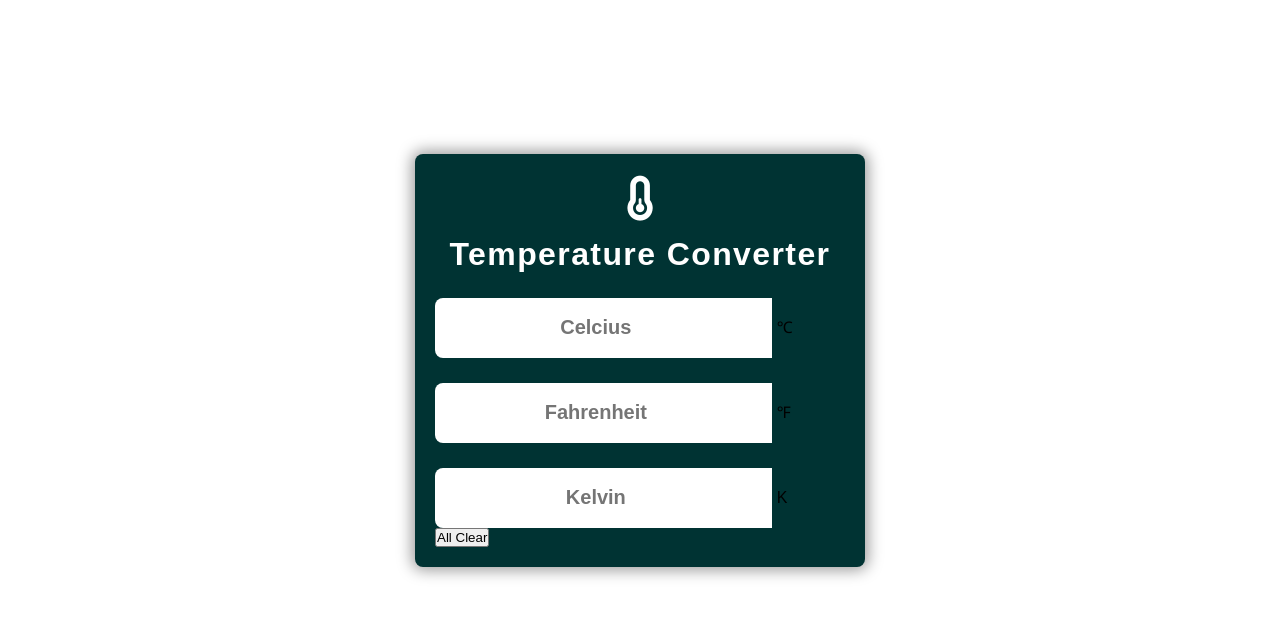
Repository: kiranjeetkaur01/tempconverter.github.io
Page: index.html
The author's editor kept a copy of each file at every save. The page is drawn from the files as they stood at one save, then again after the next save.
The browser window is 1280 px wide. The pictures show the whole page.

Above is the page before, as saved 2023-09-27 12:51:58.

After the next save:
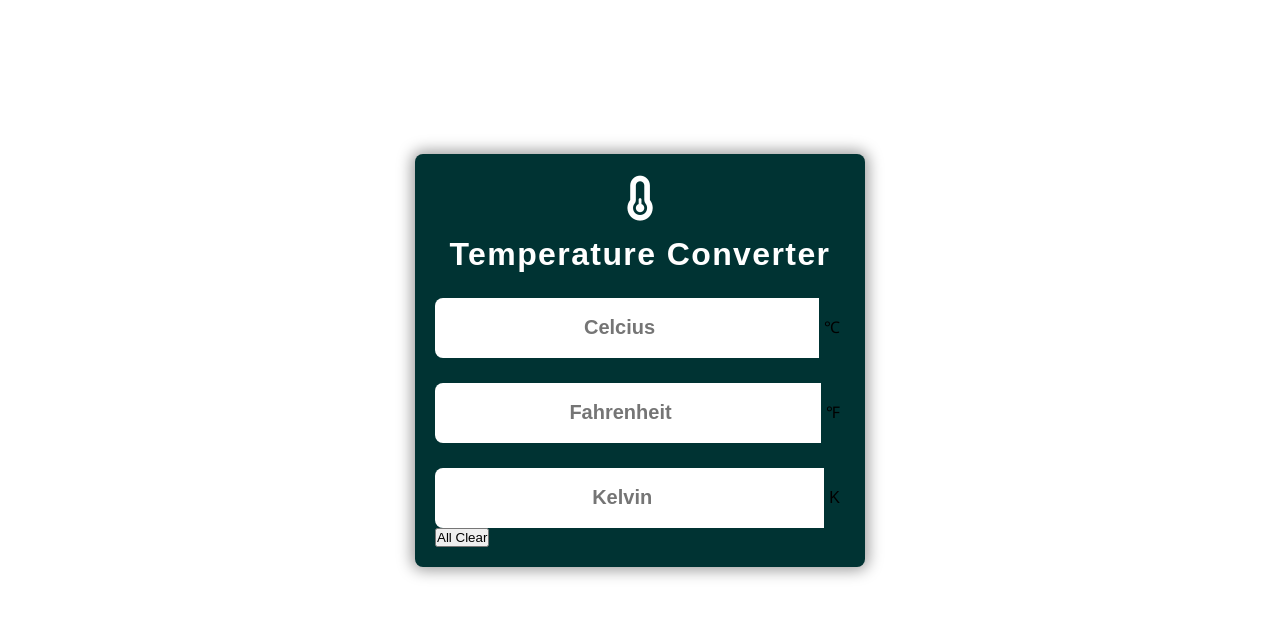
Saved 13 s later.
--- a/style.css
+++ b/style.css
@@ -54,7 +54,7 @@
   padding: 0 10px;
 }
 .icon {
-  flex: 1;
+  /* flex: 1;  */
   height: 60px;
   line-height: 60px;
   padding: 0 5px;

After the save that followed:
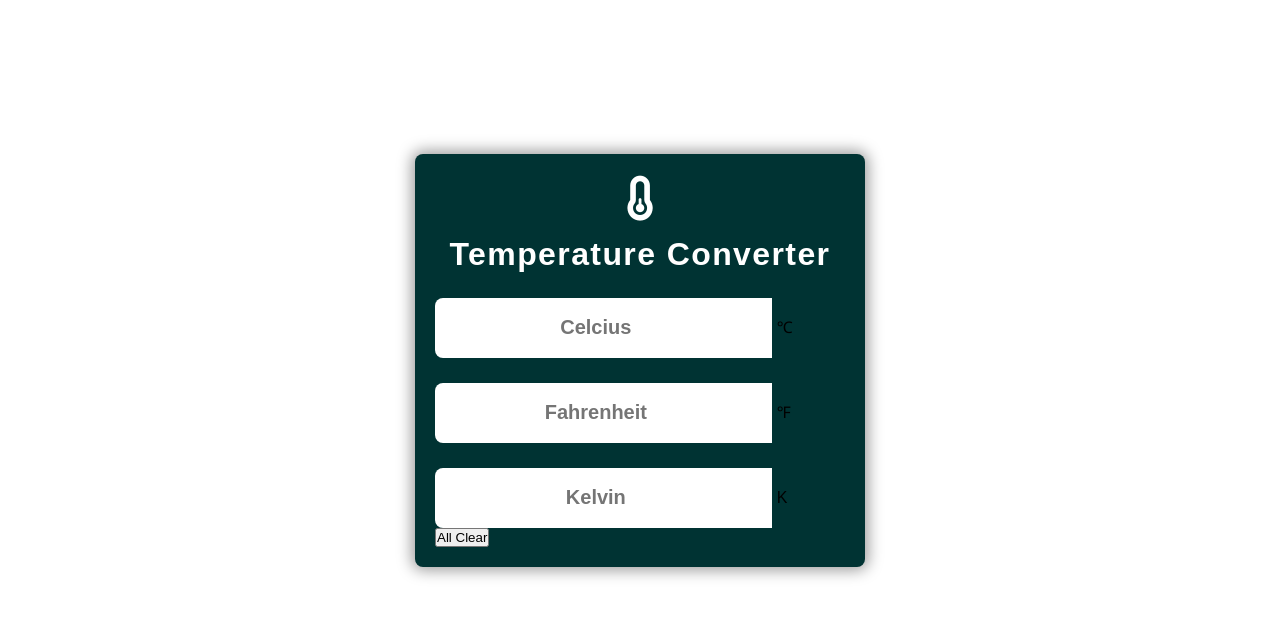
Saved 9 s later.
--- a/style.css
+++ b/style.css
@@ -54,7 +54,7 @@
   padding: 0 10px;
 }
 .icon {
-  /* flex: 1;  */
+  flex: 1;
   height: 60px;
   line-height: 60px;
   padding: 0 5px;
